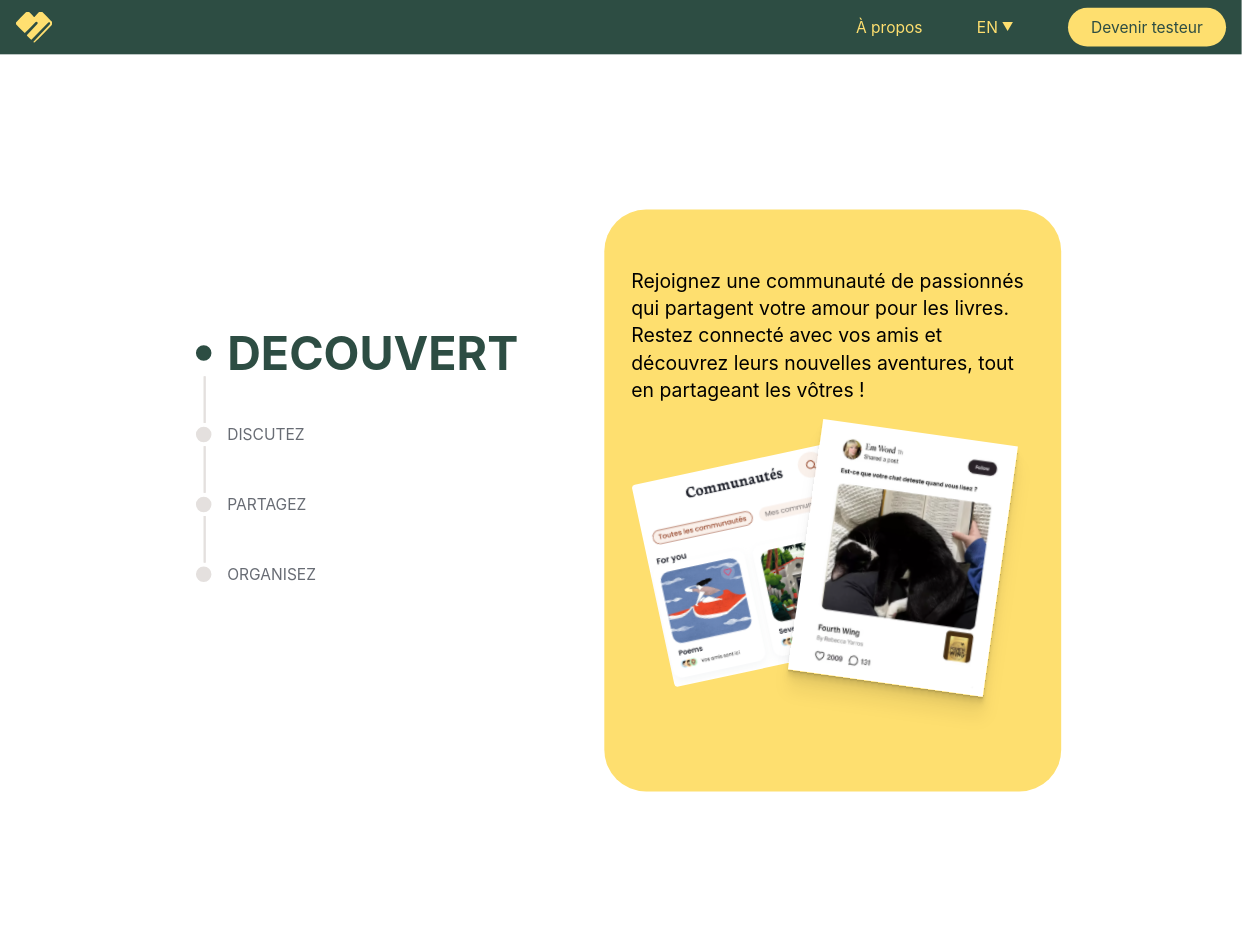
Repository: enas-elm/bookish-landing
Page: /
The author's editor kept a copy of each file at every save. The page is drawn from the files as they stood at one save, then again after the next save.
The browser window is 1280 px wide. The pictures show the whole page, at 97% of full size.
The project was rebuilt for these pictures with package versions that can differ from the ones it lists, and the page was loaded fresh each time.

Above is the page before, as saved 2024-09-12 11:24:15.

### src/index.css
@tailwind base;
@tailwind components;
@tailwind utilities;

body {
  margin: 0;
  font-family: -apple-system, BlinkMacSystemFont, 'Segoe UI', 'Roboto', 'Oxygen',
    'Ubuntu', 'Cantarell', 'Fira Sans', 'Droid Sans', 'Helvetica Neue',
    sans-serif;
  -webkit-font-smoothing: antialiased;
  -moz-osx-font-smoothing: grayscale;
}

code {
  font-family: source-code-pro, Menlo, Monaco, Consolas, 'Courier New',
    monospace;
}

@layer base {
  @font-face {
      font-family: 'DM Sans Italic';
      src: url('../public/font/DMSans-VariableFont_opsz,wght.ttf') format('truetype');
      font-weight: 100 900;
       font-style: italic;
  }
  @font-face {
        font-family: "Passion One";
        src: url('../public/font/PassionOne-Regular.ttf') format('truetype');
        font-weight: normal;
        font-style: normal;
    }
    @font-face {
            font-family: "DM Display";
            src: url('../public/font/DMSerifDisplay-Regular.ttf') format('truetype');
            font-weight: normal;
            font-style: normal;
        }
    @font-face {
                font-family: "Inter";
                src: url('../public/font/Inter-VariableFont_opsz,wght.ttf') format('truetype');
                font-weight: 700;
            }
}

### src/App.js
import "./App.css";
import Navbar from "./components/Navbar";
import "./index.css";
import TimeLine from "./components/TimeLine";

function App() {
  return (
    <div className="App">
      <header className="header">
        <Navbar />
      </header>
      <TimeLine />
    </div>
  );
}

export default App;

### src/components/Navbar.js
import React, { useState, useRef, useEffect } from 'react'

const Navbar = () => {
  const [language, setLanguage] = useState('EN')
  const [dropdownOpen, setDropdownOpen] = useState(false)
  const dropdownRef = useRef(null)

  const toggleDropdown = () => {
    setDropdownOpen(!dropdownOpen)
  };

  const selectLanguage = (lang) => {
    setLanguage(lang)
    setDropdownOpen(false)
  };

  useEffect(() => {
    const handleClickOutside = (event) => {
      if (dropdownRef.current && !dropdownRef.current.contains(event.target)) {
        setDropdownOpen(false)
      }
    };
    document.addEventListener('mousedown', handleClickOutside)
    return () => {
      document.removeEventListener('mousedown', handleClickOutside)
    };
  }, [])

  return (
    <nav className="w-full bg-green px-4 py-2 flex justify-between items-center">
      <div className="flex-shrink-0">
        <img src="/Vector-jaune.svg" alt="Bookish" className="h-8" />
      </div>

      <div className="flex items-center gap-5 justify-end space-x-6">
        <a href="/about" className="hover:underline text-yellow">
          À propos
        </a>
        <div className="relative" ref={dropdownRef}>
          <button
            className="bg-transparent text-yellow px-3 py-1 focus:outline-none flex items-center gap-1"
            onClick={toggleDropdown}
          >
            {language} <span className="text-xs">▼</span>
          </button>

          {dropdownOpen && (
            <div className="absolute right-0 mt-2 py-2 w-32 bg-white text-black rounded-md shadow-lg z-10">
              <button
                className={`block w-full text-left px-4 py-2 hover:bg-gris ${language === 'EN' ? 'bg-gris' : ''}`}
                onClick={() => selectLanguage('EN')}
              >
                EN
              </button>
              <button
                className={`block w-full text-left px-4 py-2 hover:bg-gris ${language === 'FR' ? 'bg-gris' : ''}`}
                onClick={() => selectLanguage('FR')}
              >
                FR
              </button>
            </div>
          )}
        </div>

        <button className="bg-yellow text-green px-6 py-2 rounded-full hover:bg-yellow-500 hover:scale-105 hover:shadow-lg transition transform duration-300 ease-in-out">
          Devenir testeur
        </button>
      </div>
    </nav>
  )
}

export default Navbar

### src/components/TimeLine.js
import React, { useState } from "react";

const menuItems = [
  {
    id: 1,
    label: "DECOUVERT",
    description:
      "Rejoignez une communauté de passionnés qui partagent votre amour pour les livres. Restez connecté avec vos amis et découvrez leurs nouvelles aventures, tout en partageant les vôtres !",
    color: "#FEDF6F",
    imageUrl: "/decouvrez.svg",
    colorText: "#1C471F",
  },
  {
    id: 2,
    label: "DISCUTEZ",
    description:
      "Rejoignez des clubs ou partagez des messages avec d'autres fans de livres ou d'autres passionnés.",
    color: "#8EBDAF",
    imageUrl: "/discutez.svg",
    colorText: "#FFFFFF",
  },
  {
    id: 3,
    label: "PARTAGEZ",
    description:
      "Partagez vos listes de lecture avec une communauté de lecteurs tout aussi curieux que vous. Donnez votre avis sur les livres qui vous ont marqué ou déçu, et inspirez les autres à découvrir de nouvelles histoires.",
    color: "#FEDF6F",
    imageUrl: "/Screenshot-1.png",
    colorText: "#1C471F",
  },
  {
    id: 4,
    label: "ORGANISEZ",
    description:
      "Organisez vos lectures en créant des listes personnalisées qui vous ressemblent. Rejoignez des clubs de lecture pour échanger et découvrir de nouveaux horizons littéraires avec d'autres passionnés.",
    color: "#55917E",
    imageUrl: "/Screenshot-2.png",
    colorText: "#FFFFFF",
  },
];

function TimelineMenu() {
  // Initialiser avec le premier élément (DECOUVERT)
  const [selectedItem, setSelectedItem] = useState(menuItems[0]);

  const handleClick = (item) => {
    setSelectedItem(item);
  };

  return (
    <div className="p-40 lg:flex lg:flex-row lg:justify-around lg:items-center">
      {/* Menu Items */}
      <div className="w-96 h-96 flex flex-col items-start p-4">
        {menuItems.map((item, index) => (
          <div key={item.id} className="flex flex-col items-start">
            {/* Timeline Item */}
            <div
              onClick={() => handleClick(item)}
              className={`flex items-center cursor-pointer transition-colors mb-4 ${
                selectedItem?.id === item.id ? "text-green " : "text-gray-700"
              }`}
            >
              <div
                className={`w-4 h-4 rounded-full border-2 mr-4 transition-colors ${
                  selectedItem?.id === item.id
                    ? "bg-green"
                    : "bg-gris border-gris"
                }`}
              ></div>
              <span
                className={`transition-transform duration-300 text-3xl ${
                  selectedItem?.id === item.id
                    ? "text-5xl font-bold "
                    : "text-base text-noirClair text-4xl"
                }`}
              >
                {item.label}
              </span>
            </div>
            {/* Vertical Line */}
            {index < menuItems.length - 1 && (
              <div
                className={`h-12 bg-gris -mt-4 border-gris border-l-2 ml-2 transition-colors ${
                  selectedItem?.id === item.id
                    ? "border-blue-500"
                    : "border-gray-400"
                }`}
              ></div>
            )}
          </div>
        ))}
      </div>

      {/* Details Section */}
      <div
        className="w-471 h-611 flex  flex-col justify-center items-center p-7 rounded-[43px]"
        style={{
          backgroundColor: selectedItem ? selectedItem.color : "#ffffff",
        }}
      >
        {selectedItem ? (
          <>
            <p
              className="text-xl text-left"
              style={{
                color: selectedItem ? selectedItem.Text : "#ffffff",
              }}
            >
              {selectedItem.description}{" "}
            </p>
            <img
              src={selectedItem.imageUrl}
              alt={selectedItem.label}
              className="mt-4"
            />
          </>
        ) : (
          <p>Bonjour</p>
        )}
      </div>
    </div>
  );
}

export default TimelineMenu;

### tailwind.config.js
/** @type {import('tailwindcss').Config} */
module.exports = {
  content: ["./src/**/*.{js,jsx,ts,tsx}"],
  theme: {
    colors: {
      green: "#2D4D43",
      greenlight: "#8EBDAF",
      white: "#FAFAFA",
      beige: "#D8CCB5",
      black: "#131313",
      gris: "#E4E0DE",
      "gris-foncé": "#1B1E28",
      yellow: "#FEDF6F",
      noirClair: "#686C74",
    },

    fontFamily: {
      "dm-sans-italic": ['"DM Sans Italic"', "sans-serif"],
      "passion-one": ["PassionOne-Regular"],
      "dm-display": ["DMSerifDisplay-Regular"],
      inter: ["Inter"],
    },
    extend: {
      width: {
        471: "471px",
      },
      height: {
        611: "600px",
      },
    },
  },
  plugins: [],
};

Loaded but not shown: public/index.html (common file); src/index.js (common file); src/reportWebVitals.js (common file); src/App.css (common file)

After the next save:
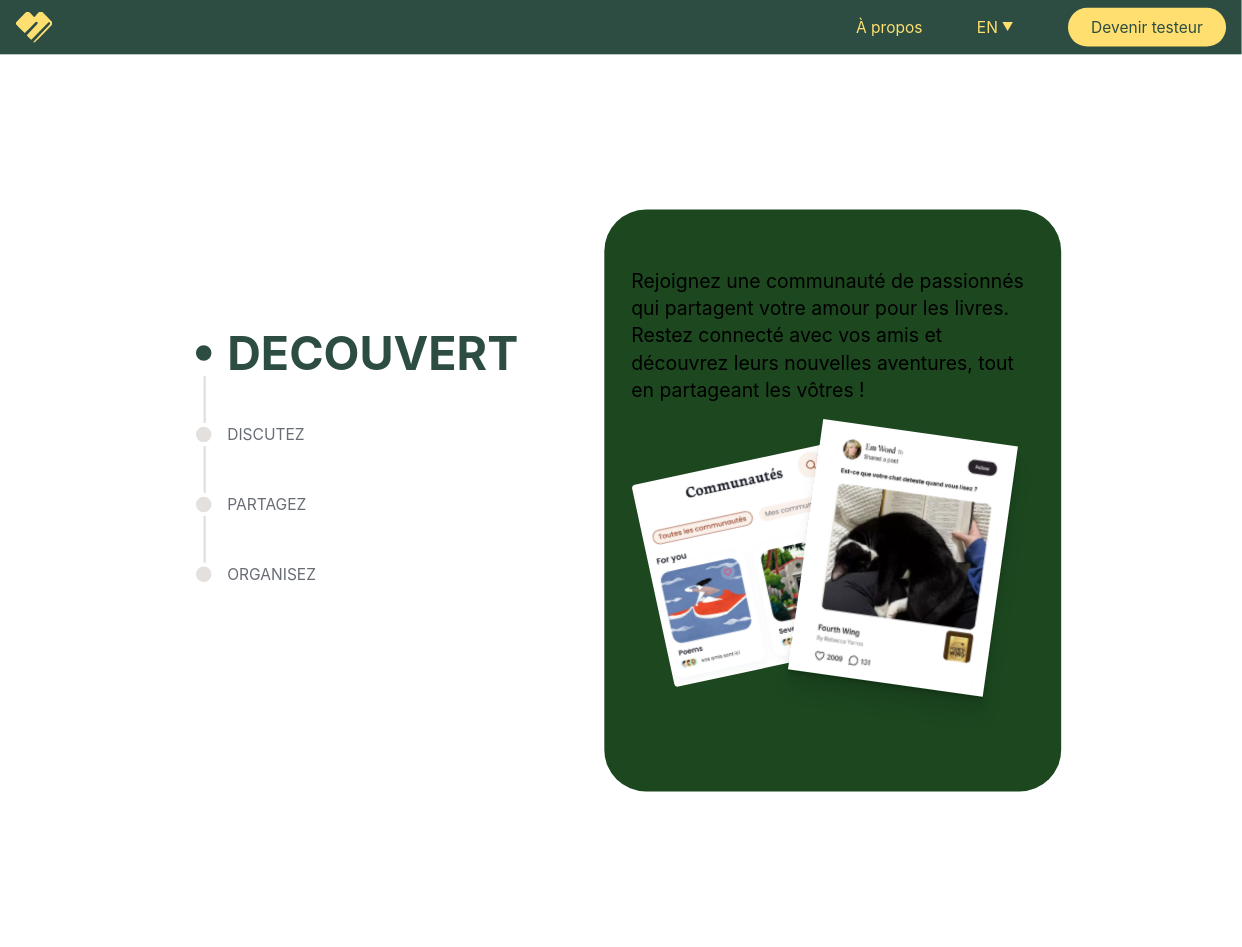
Saved 26 s later.
--- a/src/components/TimeLine.js
+++ b/src/components/TimeLine.js
@@ -95,7 +95,7 @@
       <div
         className="w-471 h-611 flex  flex-col justify-center items-center p-7 rounded-[43px]"
         style={{
-          backgroundColor: selectedItem ? selectedItem.color : "#ffffff",
+          backgroundColor: selectedItem ? selectedItem.colorText : "#ffffff",
         }}
       >
         {selectedItem ? (

After the 2 saves that followed:
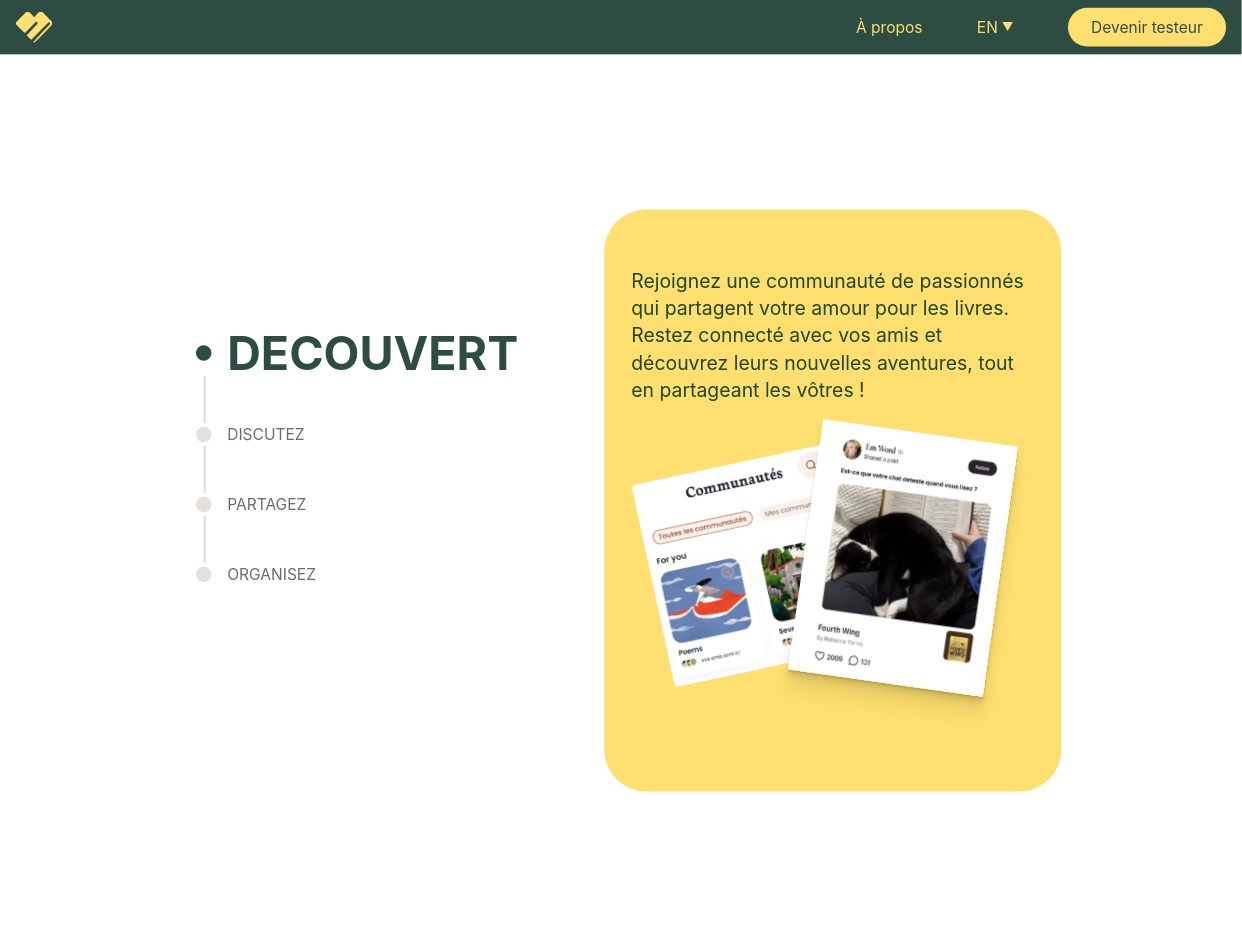
The 2 saves are shown as one change because they came seconds apart.
The last was saved 14 s later.
--- a/src/components/TimeLine.js
+++ b/src/components/TimeLine.js
@@ -95,7 +95,7 @@
       <div
         className="w-471 h-611 flex  flex-col justify-center items-center p-7 rounded-[43px]"
         style={{
-          backgroundColor: selectedItem ? selectedItem.colorText : "#ffffff",
+          backgroundColor: selectedItem ? selectedItem.color : "#ffffff",
         }}
       >
         {selectedItem ? (
@@ -103,7 +103,7 @@
             <p
               className="text-xl text-left"
               style={{
-                color: selectedItem ? selectedItem.Text : "#ffffff",
+                color: selectedItem ? selectedItem.colorText : "#ffffff",
               }}
             >
               {selectedItem.description}{" "}
